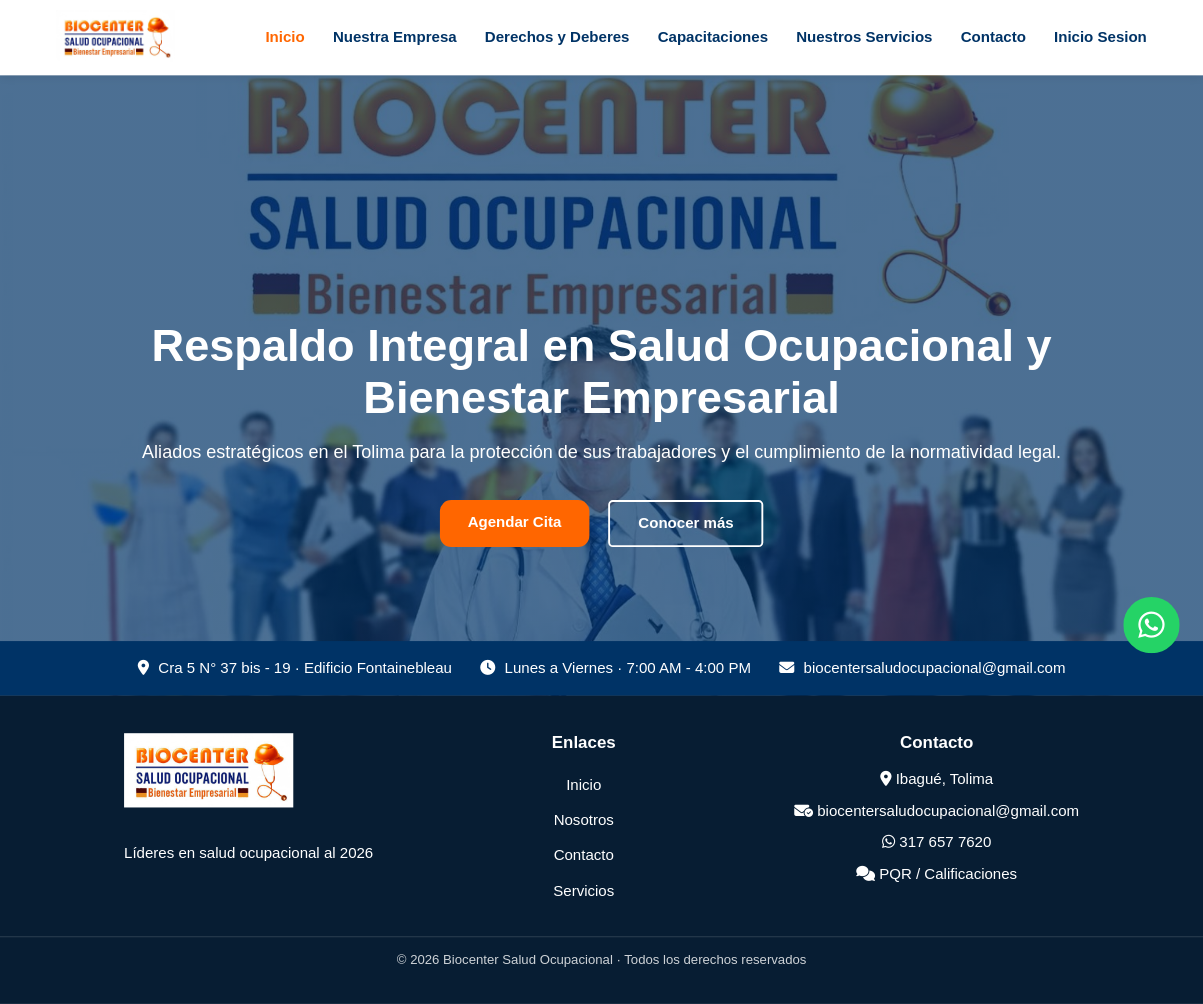
Repository: Miguelperdomo/Biocenter
Page: index.html
These files come from the project's save history. The page is drawn as it stood at one moment and after a run of saves; the edit follows.
The browser window is 1280 px wide. The pictures show the whole page, at 94% of full size.

Above is the page before, as saved 2026-02-13 11:29:26.

### index.html
<!DOCTYPE html>
<html lang="es">
<head>
    <meta charset="UTF-8">
    <meta name="viewport" content="width=device-width, initial-scale=1.0">
    <link rel="icon" href="imagenes/logo-biocenter.png" type="image/png">
    <title>Biocenter Salud Ocupacional | Bienestar Empresarial</title>
    <meta name="description" content="Especialistas en salud ocupacional y bienestar integral en el Tolima.">
    <link rel="stylesheet" href="diseno/style.css">
    <link rel="stylesheet"
          href="https://cdnjs.cloudflare.com/ajax/libs/font-awesome/6.5.1/css/all.min.css">
</head>

<!-- ================= INCIO DEL PQR  ================= -->
<div class="pqr-modal" id="pqrModal">
  <div class="pqr-box">

    <button class="pqr-close" id="closePqr">&times;</button>

    <h2>PQR y Calificaciones</h2>
    <p class="pqr-sub">
      Tu opinión es muy importante para nosotros 💙
    </p>

    <form action="PHP/enviar_pqr.php" method="POST">

      <div class="pqr-group">
        <label>Nombre completo</label>
        <input type="text" name="nombre" required>
      </div>

      <div class="pqr-group">
        <label>Correo electrónico</label>
        <input type="email" name="correo" required>
      </div>

      <div class="pqr-group">
        <label>Tipo de solicitud</label>
        <select name="tipo" required>
          <option value="">Selecciona una opción</option>
          <option>Petición</option>
          <option>Queja</option>
          <option>Reclamo</option>
          <option>Felicitación</option>
        </select>
      </div>

      <div class="pqr-group">
        <label>Mensaje</label>
        <textarea rows="4" name="mensaje" required></textarea>
      </div>

      <div class="pqr-rating">
        <span>Calificación</span>

        <div class="rating-stars">
            <input type="radio" name="rating" id="star5" value="5" required>
            <label for="star5">★</label>

            <input type="radio" name="rating" id="star4" value="4">
            <label for="star4">★</label>

            <input type="radio" name="rating" id="star3" value="3">
            <label for="star3">★</label>

            <input type="radio" name="rating" id="star2" value="2">
            <label for="star2">★</label>

            <input type="radio" name="rating" id="star1" value="1">
            <label for="star1">★</label>
        </div>
        </div>


      <button class="pqr-btn">
        <i class="fa-solid fa-paper-plane"></i> Enviar PQR
      </button>

    </form>
  </div>
</div>

        <div class="modal-overlay" id="modalConfirm">
            <div class="modal-box">
                <h3 id="modalTitle"></h3>
                    <p id="modalMsg"></p>
                        <button class="btn-primary" id="closeModal">Aceptar</button>
            </div>
        </div>



<body>


<!-- ================= FIN DEL PQR  ================= -->


<!-- ================= INCIO DEL HEADER ================= -->
<header class="menu-desplegable">
    <nav class="container">
        <div class="logo">
            <a href="index.html">
                <img src="imagenes/logo-biocenter.png" alt="Logo Biocenter">
            </a>
        </div>

        <ul class="nav-menu">
            <li><a href="index.html" class="active">Inicio</a></li>
            <li><a href="nosotros.html">Nuestra Empresa</a></li>
            <li><a href="derechos_deberes.html">Derechos y Deberes</a></li>
            <li><a href="capacitaciones.html">Capacitaciones</a></li>
            <li><a href="servicios.html">Nuestros Servicios</a></li>
            <li><a href="contacto.html">Contacto</a></li>
            <li><a href="**">Inicio Sesion</a></li>
        </ul>

        <div class="nav-toggle">
            <i class="fas fa-bars"></i>
        </div>
    </nav>
</header>
<!-- ================= FIN DEL HEADER ================= -->


<!-- ================= INCIO DEL CUYERPO DE LA PAGINA  ================= -->
<section class="hero">
    <div class="hero-content container">
        <h1>Respaldo Integral en Salud Ocupacional y Bienestar Empresarial</h1>
        <p>
            Aliados estratégicos en el Tolima para la protección de sus trabajadores
            y el cumplimiento de la normatividad legal.
        </p>

        <div class="hero-buttons">
            <a href="https://wa.me/573176577620" class="btn btn-primary">Agendar Cita</a>
            <a href="contacto.html" class="btn btn-secondary">Conocer más</a>
        </div>
    </div>
</section>


<!-- ================= INFO BAR ================= -->
<section class="info-bar">
    <div class="info-container">
        <div class="info-item">
            <i class="fas fa-map-marker-alt"></i>
            <span>Cra 5 N° 37 bis - 19 · Edificio Fontainebleau</span>
        </div>

        <div class="info-item">
            <i class="fas fa-clock"></i>
            <span>Lunes a Viernes · 7:00 AM - 4:00 PM</span>
        </div>

        <div class="info-item">
            <i class="fas fa-envelope"></i>
            <span>biocentersaludocupacional@gmail.com</span>
        </div>
    </div>
</section>



<!-- ================= FIN DEL CUYERPO DE LA PAGINA  ================= -->

<!-- ================= INCIIO FOOTER ================= -->
<footer class="footer">
    <div class="footer-container">

        <div class="footer-col">
            <img src="imagenes/logo-biocenter.png" alt="Biocenter">
            <p>Líderes en salud ocupacional al 2026</p>
        </div>


        <div class="enlaces">
            <h4>Enlaces</h4>
            <a href="index.html">Inicio</a>
            <a href="nosotros.html">Nosotros</a>
            <a href="contacto.html">Contacto</a>
            <a href="servicios.html">Servicios</a>
        </div>

        <div>
            <h4>Contacto</h4>
            <p><a href="https://maps.app.goo.gl/pr1ibKEtwjQL5PTQ7" target="_blank" class="footer-link"><i class="fas fa-map-marker-alt"></i> Ibagué, Tolima</a></p>
            <p><a href="mailto:biocentersaludocupacional@gmail.com" class="footer-link"> <i class="fa-solid fa-envelope-circle-check"></i> biocentersaludocupacional@gmail.com </a></p>
            <p><i class="fab fa-whatsapp"></i> 317 657 7620</p>

            <!-- PQR Link -->
            <a href="#" id="openPqr" class="pqr-link">
                <i class="fa-solid fa-comments"></i> PQR / Calificaciones
            </a>
        </div>
    </div>
    <div class="footer-copy">
        © <span id="year"></span> Biocenter Salud Ocupacional · Todos los derechos reservados
    </div>
</footer>

<!-- ================= WHATSAPP ================= -->
<a href="https://wa.me/573176577620" class="whatsapp-float" target="_blank">
    <i class="fab fa-whatsapp"></i>
</a>
<!-- ================= FIN ================= -->

<!-- ================= FIN FOOTER ================= -->
<script>
  document.getElementById("year").textContent = new Date().getFullYear();
</script>


<script src="JS/main.js"></script>
</body>
</html>

Loaded but not shown: JS/main.js (129 lines, source omitted); diseno/style.css (1913 lines, source omitted)

After the next 2 saves:
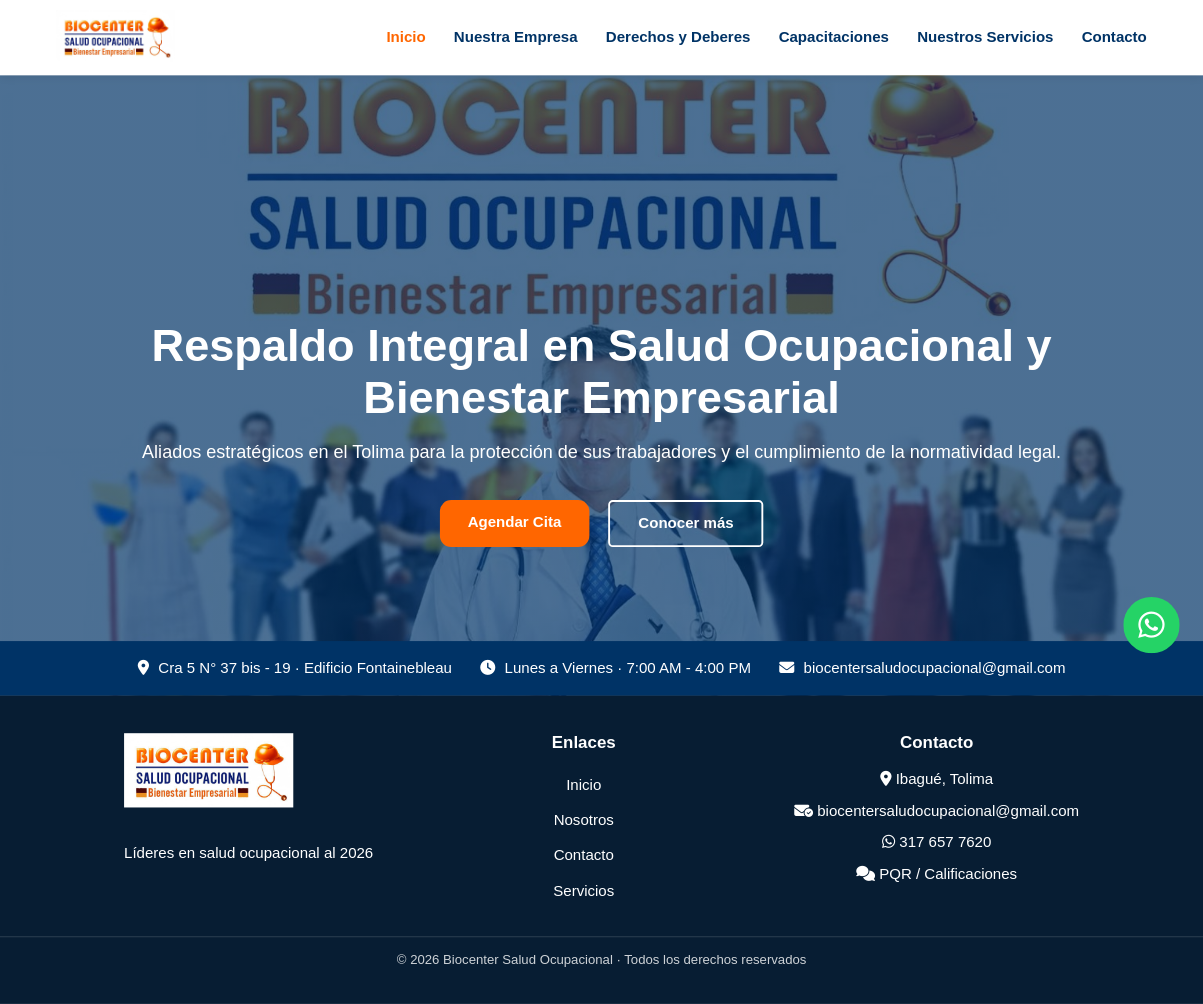
The 2 saves are shown as one change because they came seconds apart.
The last was saved 8 s later.
--- a/index.html
+++ b/index.html
@@ -112,7 +112,6 @@
             <li><a href="capacitaciones.html">Capacitaciones</a></li>
             <li><a href="servicios.html">Nuestros Servicios</a></li>
             <li><a href="contacto.html">Contacto</a></li>
-            <li><a href="**">Inicio Sesion</a></li>
         </ul>
 
         <div class="nav-toggle">
